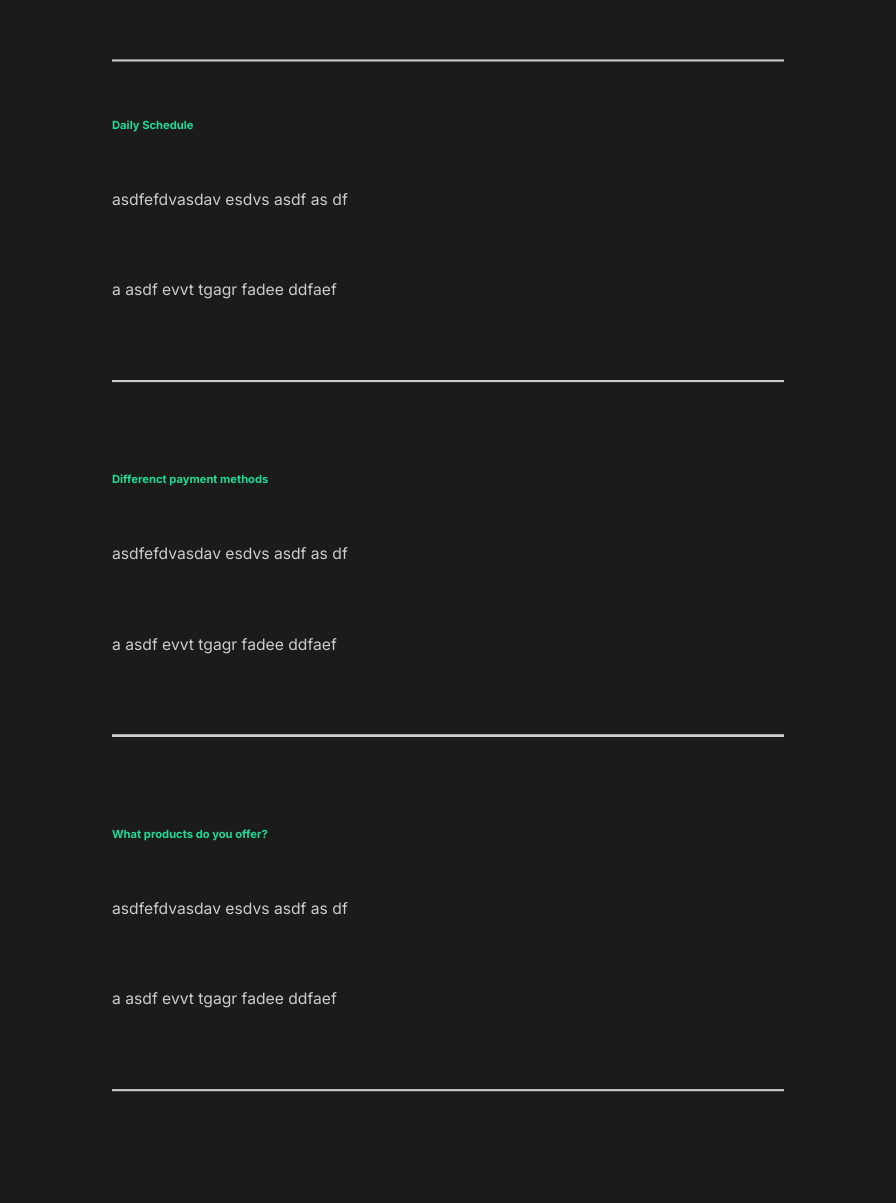
Repository: programmingwithlevi/capture
Page: /
An editor plug-in stored every save of this project. The page is shown before and after the next save, followed by the edit.
The browser window is 1280 px wide. The pictures show the part of the page from y = 2517 to 4437 px (the page is 4236 px tall before and 4437 px after), at 70% of full size.
The project was rebuilt for these pictures with package versions that can differ from the ones it lists, and the page was loaded fresh each time. Also part of the build but not shown: src/pages/ContactUs.js, src/pages/OurWork.js, src/movieState.js, src/pages/movieDetail.js.

Above is the page before, as saved 2021-12-11 12:09:23.

### public/index.html
<!DOCTYPE html>
<html lang="en">
  <head>
    <meta charset="utf-8" />
    <link rel="icon" href="%PUBLIC_URL%/favicon.ico" />
    <meta name="viewport" content="width=device-width, initial-scale=1" />
    <meta name="theme-color" content="#000000" />
    <meta
      name="description"
      content="Web site created using create-react-app"
    />
    <link rel="preconnect" href="https://fonts.googleapis.com">
<link rel="preconnect" href="https://fonts.gstatic.com" crossorigin>
<link href="https://fonts.googleapis.com/css2?family=Inter:wght@400;700&family=Lato:wght@400;700&display=swap" rel="stylesheet">
<link rel="preconnect" href="https://fonts.googleapis.com">
<link rel="preconnect" href="https://fonts.gstatic.com" crossorigin>
<link href="https://fonts.googleapis.com/css2?family=Inter:wght@400;700&family=Lato:wght@400;700&family=Lobster&display=swap" rel="stylesheet">
    <link rel="apple-touch-icon" href="%PUBLIC_URL%/logo192.png" />
    <!--
      manifest.json provides metadata used when your web app is installed on a
      user's mobile device or desktop. See https://developers.google.com/web/fundamentals/web-app-manifest/
    -->
    <link rel="manifest" href="%PUBLIC_URL%/manifest.json" />
    <!--
      Notice the use of %PUBLIC_URL% in the tags above.
      It will be replaced with the URL of the `public` folder during the build.
      Only files inside the `public` folder can be referenced from the HTML.

      Unlike "/favicon.ico" or "favicon.ico", "%PUBLIC_URL%/favicon.ico" will
      work correctly both with client-side routing and a non-root public URL.
      Learn how to configure a non-root public URL by running `npm run build`.
    -->
    <title>Capture</title>
  </head>
  <body>
    <noscript>You need to enable JavaScript to run this app.</noscript>
    <div id="root"></div>
    <!--
      This HTML file is a template.
      If you open it directly in the browser, you will see an empty page.

      You can add webfonts, meta tags, or analytics to this file.
      The build step will place the bundled scripts into the <body> tag.

      To begin the development, run `npm start` or `yarn start`.
      To create a production bundle, use `npm run build` or `yarn build`.
    -->
  </body>
</html>

### src/index.js
import React from 'react';
import ReactDOM from 'react-dom';

import App from './App';
import reportWebVitals from './reportWebVitals';
import {BrowserRouter} from 'react-router-dom';

ReactDOM.render(
  <React.StrictMode>
    <BrowserRouter>
    <App />
    </BrowserRouter>
  </React.StrictMode>,
  document.getElementById('root')
);

// If you want to start measuring performance in your app, pass a function
// to log results (for example: reportWebVitals(console.log))
// or send to an analytics endpoint. Learn more: https://bit.ly/CRA-vitals
reportWebVitals();

### src/App.js
import React from "react";
//import pages
import AboutUs from '../src/pages/AboutUs';
import GlobalStyle from "./components/GlobalStyle";
import ContactUs from "./pages/ContactUs";
import OurWork from "./pages/OurWork";
import Nav from "./components/Nav";
import MovieDetail from "./pages/MovieDetail";

//router
import {Route,Switch,useLocation} from "react-router-dom";
//animaitom
import {AnimatePresence} from "framer-motion";

function App() {
  const location = useLocation();
  return  (
    <div className="App">

        <GlobalStyle />

        <Nav />
        <AnimatePresence exitBeforeEnter>
        <Switch location={location} key={location.pathname}>
          <Route path="/"  exact>
            <AboutUs />
          </Route>
          <Route path="/work" exact>
            <OurWork />
          </Route>
          <Route path="/work/:id">
            <MovieDetail />
          </Route>
          <Route path="/contact">
            <ContactUs />
          </Route>


        </Switch>
        </AnimatePresence>
    </div>
  );
}

export default App;

### src/pages/AboutUs.js
import React from 'react';
//Page Components
import AboutSection from '../components/AboutSection';
import ServicesSection from '../components/ServicesSection';
import FaqSection from '../components/FaqSection';
//animaiton
import {motion} from "framer-motion";
import {pageAnimation} from '../animations';

const AboutUs = () => {
    return (
   <motion.div
        exit="exit"
        variants={pageAnimation}
        initial="hidden"
        animate="show"
    >
        <AboutSection />
        <ServicesSection />
        <FaqSection />
    </motion.div>
    );

}

export default AboutUs;

### src/components/GlobalStyle.js
import {createGlobalStyle} from 'styled-components';

const GlobalStyle = createGlobalStyle`
*{
   margin: 0;
   padding: 0;
   box-sizing: border-box
}
body{
    background: #1b1b1b;
    font-family: 'Inter', sans-serif;
}
button{
    font-weight: bold;
    font-size: 1.1.rem;
    padding: 1rem 2rem;
    border: 3px solid #23d997;
    background: transparent;
    color: white;
    transition: all 0.5s ease;
    font-family: 'Inter', sans-serif;
    &:hover{
        background-color:  #23d997;
        color: white;
    }

}
h2{
       font-weight: lighter;
       font-size: 4rem;
    }
    h3{
        color: white;
    }
    h4{
        font-weight: bold;
        color: #23d997;
    }
    a{
        font-size: 1.1.rem;
    }
    span{
        font-weight: bold;
        color: #23d997;
    }
    p{
        padding: 3rem 0rem;
        color: #ccc;
        font-size: 1.4rem;
        line-height: 150%;
    }
`;
export default GlobalStyle;

### src/components/Nav.js
import React from 'react';
import styled from 'styled-components';
import {Link} from 'react-router-dom';

const Nav = () => {
    return(
        <StyledNav>
            <h1><Link id="logo" to="/">Capture</Link></h1>
            <ul>
                <li>
                    <Link to="/">1. About Us</Link>
                </li>
                <li>
                    <Link to="/work">2. Our Work</Link>
                </li>
                <li>
                    <Link to="/contact">3. Contact Us</Link>
                </li>
            </ul>
        </StyledNav>
    )
}

const StyledNav = styled.nav`
    min-height: 10vh;
    display: flex;
    margin: auto;
    justify-content: space-between;
    align-items: center;
    padding: 1rem 10rem;
    background: #282828;
    a{
        color: white;
        text-decoration: none;
    }
    ul{
        display: flex;
        list-style: none;
    }
    #logo{
        font-size: 1.8rem;
        font-family: 'Lobster', cursive;
        font-weight: lighter;
    }
    li{
        padding-left: 10rem;
        position: relative;
    }
`;

export default Nav;

### src/components/AboutSection.js
import React from 'react';
import home1 from '../img/home1.png';
import {About,Description,Image,Hide } from '../styles';
//Framer Motion
import {motion} from "framer-motion";
import {titleAnim,fade,photoAnim} from '../animations';
import Wave from './Wave';

const AboutSection = () => {

    return (
        <About>
            <Description>
                <motion.div variants={titleAnim}>
                    <div className="hide">
                        <motion.h2>We work to make</motion.h2>
                    </div>
                    <Hide>
                        <motion.h2>your <span>dreams</span> </motion.h2>
                    </Hide>
                    <Hide>
                        <motion.h2 variants={titleAnim}>come true.</motion.h2>
                    </Hide>
                </motion.div>
                <motion.p variants={fade}>Contact us for any photography or videography ideas that you have. </motion.p>
                <motion.button>Contact Us</motion.button>
            </Description>
            <Image>
                <motion.img variants={photoAnim} src={home1} alt="camera guy"/>

            </Image>
            <Wave />
        </About>
    )
}
//styled components


export default AboutSection;

### src/components/ServicesSection.js
import React from 'react';
//Import Icons
import clock from '../img/clock.svg';
import diaphram from '../img/diaphram.svg';
import money from '../img/money.svg';
import teamwork from '../img/teamwork.svg';
import home2 from '../img/home2.png';
//styles
import {About,Description,Image} from "../styles";
import styled from "styled-components";

const ServicesSection = () => {
    return(
        <About>
            <div className="description">
                <h2>High <span>quality</span> services</h2>
                <Cards>
                    <Card>
                        <div className="icon">
                            <img alt="icon" src={clock} />
                            <h3>Efficient</h3>
                        </div>
                        <p>lorem5 </p>
                    </Card>
                    <Card>
                        <div className="icon">
                            <img alt="icon" src={teamwork} />
                            <h3>Teamwork</h3>
                        </div>
                        <p>lorem5 </p>
                    </Card>
                    <Card>
                        <div className="icon">
                            <img alt="icon" src={diaphram} />
                            <h3>Diaphram</h3>
                        </div>
                        <p>lorem5 </p>
                    </Card>
                    <Card>
                        <div className="icon">
                            <img alt="icon" src={money} />
                            <h3>Affordable</h3>
                        </div>
                        <p>lorem5 </p>
                    </Card>
                </Cards>
            </div>
        <div className="image">
            <img alt="camera" src={home2} />

        </div>
        </About>
    )
}

const Services = styled(About)`
h2{
    padding-bottom: 5rem;
}
p{
    width: 70%;
    padding: 2rem 0rem 4rem 0rem;
}
`;
const Cards = styled.div`
display: flex;
flex-wrap: wrap;
`;
const Card = styled.div`
    flex-basis: 15rem;
    .icon {
        display: flex;
        align-items: center;
        h3 {
            margin-left: 1rem;
            background: white;
            color: black;
            padding: 1rem;
        }
    }
`;

export default ServicesSection;

### src/components/FaqSection.js
import React from 'react';
import styled from 'styled-components';
import {About} from '../styles';
import Toggle from './Toggle';

const FaqSection = () => {
    return(
        <Faq>
            <h2>Any Questions? <span>FAQ</span></h2>
            <Toggle title="How do I start?">
            <div className="question">
                <h4>How do I start?</h4>
                <div className="answer">
                   <p>asdfefdvasdav esdvs asdf as df</p>
                    <p>a asdf evvt tgagr fadee ddfaef</p>
                </div>

            </div>
            </Toggle>
            <div className="question">
                <h4>Daily Schedule</h4>
                <div className="answer">
                   <p>asdfefdvasdav esdvs asdf as df</p>
                    <p>a asdf evvt tgagr fadee ddfaef</p>
                </div>
                <div className="faq-line"></div>
            </div>
            <div className="question">
                <h4>Differenct payment methods</h4>
                <div className="answer">
                   <p>asdfefdvasdav esdvs asdf as df</p>
                    <p>a asdf evvt tgagr fadee ddfaef</p>
                </div>
                <div className="faq-line"></div>
            </div>
            <div className="question">
                <h4>What products do you offer?</h4>
                <div className="answer">
                   <p>asdfefdvasdav esdvs asdf as df</p>
                    <p>a asdf evvt tgagr fadee ddfaef</p>
                </div>
                <div className="faq-line"></div>
            </div>
        </Faq>
    )
}

const Faq = styled(About)`
    display: block;
    span{
        display: block;
    }
    h2{
        padding-bottom: 2rem;
        font-weight: lighter;
    }
    .faq-line{
        background: #cccccc;
        height: 0.2rem;
        margin: 2rem 0rem;
        width: 100%;
    }
    .question{
        padding: 3rem 0rem;
        cursor: pointer;
    }
    .answer{
        padding: 2rem 0rem;
        p{
            padding: 1rem 0 rem;
        }
    }
`;

export default FaqSection;

### src/animations.js
import { withTheme } from "styled-components";

export const pageAnimation ={
    hidden: {
        opacity: 0,
        y: 300,

    },
    show: {
        opacity: 1,
        y: 0,
        transition: {
            duration: 0.5,
            when: "beforeChildren",
            staggerChildren: 0.25,
        },
    },
    exit: {
        opacity: 0,
        //y: 300,
        transition: {
            duration: 0.5,
        },
    }
}
export const titleAnim = {
    hidden: {y: 200},
    show: {
        y:0,
        transition: {duration: 0.75, ease: "easeOut"},
    }
}
export const fade = {
    hidden: {opacity: 0},
    show: {
        opacity: 1,
        transition: {ease: "easeOut", duration: 0.75},
    }
}
export const photoAnim = {
    hidden: {scale: 1.5, opacity: 0},
    show: {
        scale: 1,
        opacity: 1,
        transition: 'easeOut',
        duration: 0.75,
    }
}
export const lineAnim = {
    hidden: {width: '0%'},
    show: {
        width: '100%',
        transition: {duration: 0.75},
    }
}

export const slider = {
    hidden: {x: '-130%', skew: '45deg'},
    show: {
        x: '100%',
        skew: '0deg',
        transition: {ease: "easeOut", duration: 1 },
    }
}

export const sliderContainer = {
    hidden: {opacity: 1},
    show: {opacity: 1, transition: { staggerChildren: 0.1, ease: 'easeOut'}},
}

### src/styles.js
import styled from "styled-components";

export const About = styled.div`
    min-height: 90vh;
    display: flex;
    align-items: center;
    justify-content: space-between;
    padding: 5rem 10rem;
    color: white;
   //position: center;
    top: 10%;

`;
export const Description = styled.div`
    flex: 1;
    padding-right: 5rem;
    z-index: 2;
    h2{
        font-weight: lighter;
    }
`

export const Image = styled.div`
    flex: 1;
    z-index: 2;
    overflow: hidden;
    img{
        width: 100%;
        height: 80vh;
        object-fit: cover;
    }

`
export const Hide = styled.div`
    overflow: hidden;
    `

### src/components/Wave.js
import React from "react";
import styled from "styled-components";
import {motion} from "framer-motion";

const Wave = () => {
    return(
    <WaveSvg viewBox="0 0 1440 363" fill="none" xmlns="http://www.w3.org/2000/svg">
<motion.path initial={{ pathLength: 0, pathOffset: 1 }}
animate={{ pathLength: 1, pathOffset: 0 }}
transition={{ duration: 1 }}
d="M1440 27.4774C1352.73 19.8184 1122.41 49.0556 899.331 227.276C620.48 450.052 354.282 355.647 170.328 185.318C23.165 49.0556 -4.21721 8.32998 0.487081 5" stroke="#D96ED4" strokeOpacity="0.5" strokeWidth="15"/>
</WaveSvg>);


};

const WaveSvg = styled.svg`
    position: absolute;
    left: 0;
    z-index: 1;
`;
export default Wave;

### src/components/Toggle.js
import React,{useState,} from 'react';

const Toggle = ({children}) => {
    const [toggle,setToggle] = useState(true);
    return(
        <div onClick={() => setToggle(!toggle)}>
            {toggle?children:""}
            <div className="faq-line"></div>
        </div>
    )
}
export default Toggle;

Loaded but not shown: src/reportWebVitals.js (common file)

After the next save:
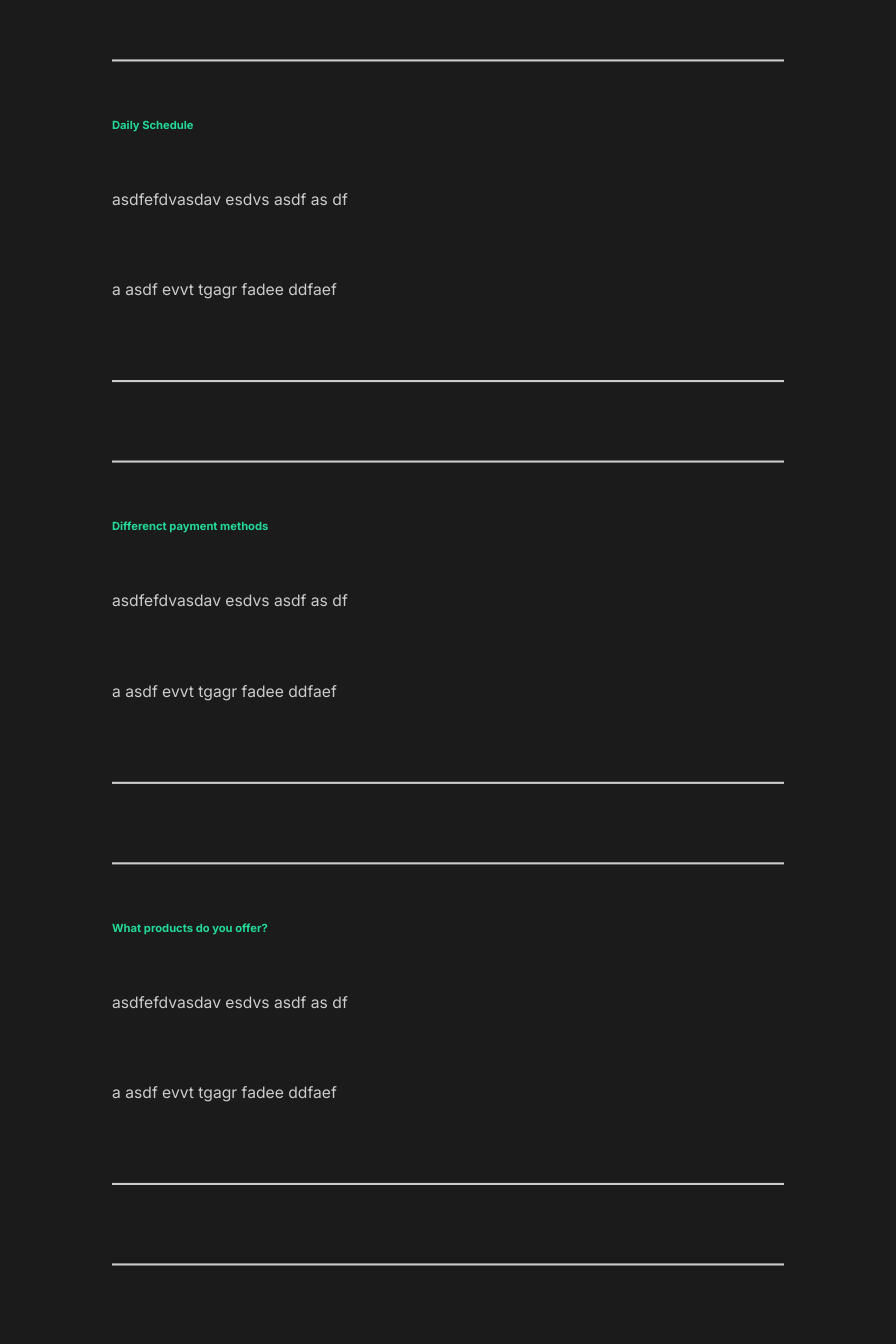
Saved 98 s later.
--- a/src/components/FaqSection.js
+++ b/src/components/FaqSection.js
@@ -17,6 +17,7 @@ const FaqSection = () => {
 
             </div>
             </Toggle>
+            <Toggle>
             <div className="question">
                 <h4>Daily Schedule</h4>
                 <div className="answer">
@@ -25,6 +26,8 @@ const FaqSection = () => {
                 </div>
                 <div className="faq-line"></div>
             </div>
+            </Toggle>
+            <Toggle>
             <div className="question">
                 <h4>Differenct payment methods</h4>
                 <div className="answer">
@@ -33,6 +36,8 @@ const FaqSection = () => {
                 </div>
                 <div className="faq-line"></div>
             </div>
+            </Toggle>
+            <Toggle>
             <div className="question">
                 <h4>What products do you offer?</h4>
                 <div className="answer">
@@ -41,6 +46,7 @@ const FaqSection = () => {
                 </div>
                 <div className="faq-line"></div>
             </div>
+            </Toggle>
         </Faq>
     )
 }
